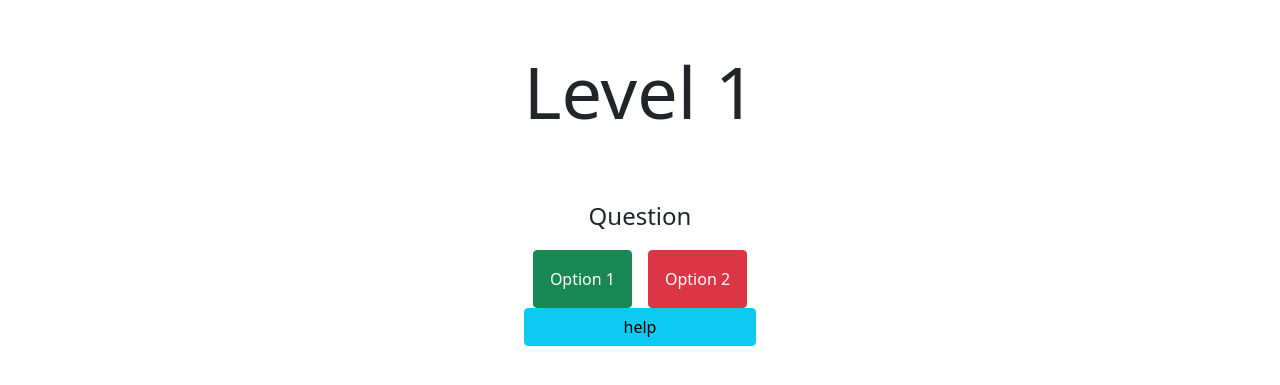
Repository: sreeramkongeseri/QuestionGame
Page: public/level1.html
These files come from the project's save history. The page is drawn as it stood at one moment and after the next save; the edit follows.
The browser window is 1280 px wide. The pictures show the whole page.
The page's requests for data from a server got no answer.

Above is the page before, as saved 2021-07-20 18:17:16.

### public/level1.html
<!DOCTYPE html>
<html lang="en">

<head>
  <meta charset="UTF-8" />
  <meta name="viewport" content="width=device-width, initial-scale=1.0" />
  <title>Level 1</title>

  <!-- Bootstrap -->
  <link href="https://cdn.jsdelivr.net/npm/bootstrap@5.0.2/dist/css/bootstrap.min.css" rel="stylesheet" integrity="sha384-EVSTQN3/azprG1Anm3QDgpJLIm9Nao0Yz1ztcQTwFspd3yD65VohhpuuCOmLASjC" crossorigin="anonymous">

  <!-- jQuery library -->
  <script src="https://ajax.googleapis.com/ajax/libs/jquery/3.5.1/jquery.min.js"></script>

  <!-- Bootstrap Javascript -->
  <script src="https://cdn.jsdelivr.net/npm/bootstrap@5.0.2/dist/js/bootstrap.bundle.min.js" integrity="sha384-MrcW6ZMFYlzcLA8Nl+NtUVF0sA7MsXsP1UyJoMp4YLEuNSfAP+JcXn/tWtIaxVXM" crossorigin="anonymous"></script>

  <!-- <link rel="stylesheet" href="main.css" /> -->

  <!-- Icons -->
  <link rel="stylesheet" href="https://use.fontawesome.com/releases/v5.7.0/css/all.css"
    integrity="sha384-lZN37f5QGtY3VHgisS14W3ExzMWZxybE1SJSEsQp9S+oqd12jhcu+A56Ebc1zFSJ" crossorigin="anonymous" />

  <!-- Script -->
  <script src="js/main.js"></script>

</head>


<body>


    <div class='d-flex justify-content-center p-5'>

        <div class='d-flex flex-column justify-content-center text-center'>


            <p class = 'display-2 mb-5'>Level 1</p>
            <p id = 'question' class='m-3 fs-4'>Question</p>

            <div class='d-flex justify-content-center'>
                <button class='btn btn-success rounded p-3 me-3 option'>Option 1</button>
                <button class='btn btn-danger rounded p-3 option'>Option 2</button>
            </div>


            <a id='next' href='level2.html' role='button' class='btn btn-primary align-self-center d-none' width=50px>continue</a>

            <!-- Button trigger modal -->
            <button type="button" class="btn btn-info" data-toggle="modal" data-target="#exampleModal">
                help
            </button>

            <!-- Modal -->
            <div class="modal fade" id="exampleModal"  role="dialog" aria-hidden="true">
            <div class="modal-dialog" role="document">
            <div class="modal-content">

                <div class="modal-header">
                    <h5 class="modal-title" id="exampleModalLabel">Help</h5>
                    <button type="button" class="close" data-dismiss="modal" aria-label="Close">
                        <span aria-hidden="true">&times;</span>
                    </button>
                </div>
                    <div class="modal-body"> Here's the help text.
            </div>
            </div>
            </div>

        </div>


    </div>

</body>

<script>
    fetch("http://localhost:3000/api/level1").then(response => response.json()).then(list =>
       update(list)
    );
</script>

### public/js/main.js
function update(list) {

    $('#question').text(list[0]);
    i = 0;
    $('.option').on('click', () => {
        if (i < list.length - 1) {
            i += 1;
            $('#question').text(list[i]);
        } else {
            $('#question').text("done!");
            $('#next').removeClass('d-none');
            $('.option').addClass('d-none');
        }
    });


}

After the next save:
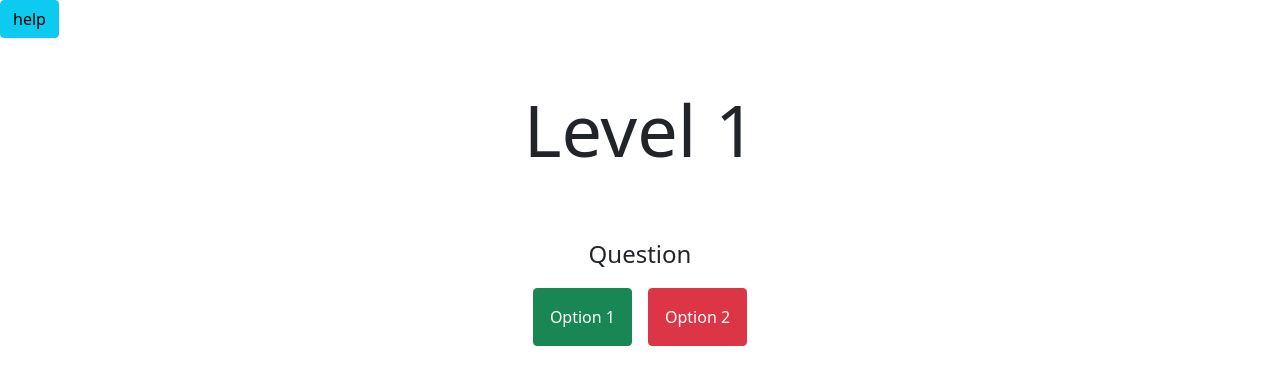
Saved 68 s later.
--- a/public/level1.html
+++ b/public/level1.html
@@ -29,6 +29,30 @@
 
 <body>
 
+    <div>
+
+        <!-- Button trigger modal -->
+        <button type="button" class="btn btn-info" data-toggle="modal" data-target="#exampleModal">
+            help
+        </button>
+
+        <!-- Modal -->
+        <div class="modal fade" id="exampleModal"  role="dialog" aria-hidden="true">
+        <div class="modal-dialog" role="document">
+        <div class="modal-content">
+
+            <div class="modal-header">
+                <h5 class="modal-title" id="exampleModalLabel">Help</h5>
+                <button type="button" class="close" data-dismiss="modal" aria-label="Close">
+                    <span aria-hidden="true">&times;</span>
+                </button>
+            </div>
+                <div class="modal-body"> Here's the help text.
+        </div>
+        </div>
+        </div>
+
+    </div>
 
     <div class='d-flex justify-content-center p-5'>
 
@@ -46,26 +70,7 @@
 
             <a id='next' href='level2.html' role='button' class='btn btn-primary align-self-center d-none' width=50px>continue</a>
 
-            <!-- Button trigger modal -->
-            <button type="button" class="btn btn-info" data-toggle="modal" data-target="#exampleModal">
-                help
-            </button>
 
-            <!-- Modal -->
-            <div class="modal fade" id="exampleModal"  role="dialog" aria-hidden="true">
-            <div class="modal-dialog" role="document">
-            <div class="modal-content">
-
-                <div class="modal-header">
-                    <h5 class="modal-title" id="exampleModalLabel">Help</h5>
-                    <button type="button" class="close" data-dismiss="modal" aria-label="Close">
-                        <span aria-hidden="true">&times;</span>
-                    </button>
-                </div>
-                    <div class="modal-body"> Here's the help text.
-            </div>
-            </div>
-            </div>
 
         </div>
 
